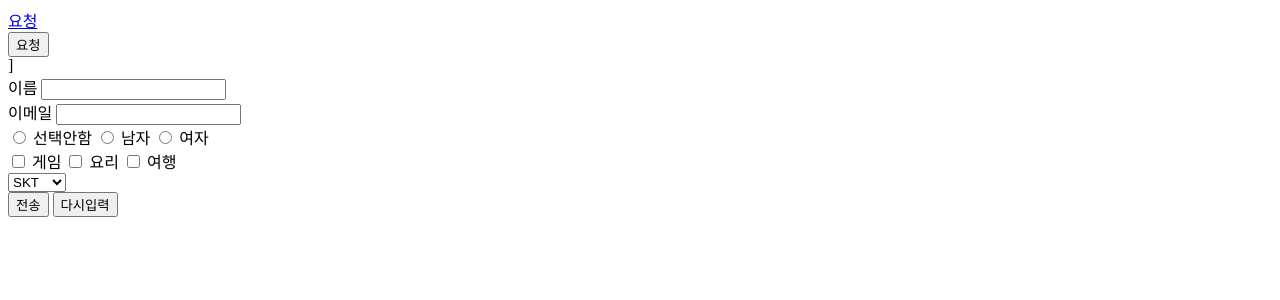
Repository: Audrey-1120/jspstudy
Page: 01_servlet/src/main/webapp/pkg02_request/NewFile.html
The author's editor kept a copy of each file at every save. The page is drawn from the files as they stood at one save, then again after the next save.
The browser window is 1280 px wide. The pictures show the whole page.

Above is the page before, as saved 2024-02-28 01:49:14.

### 01_servlet/src/main/webapp/pkg02_request/NewFile.html
<!DOCTYPE html>
<html>
<head>
<meta charset="UTF-8">
<title>Insert title here</title>
<script src="https://code.jquery.com/jquery-3.7.1.min.js" integrity="sha256-/JqT3SQfawRcv/BIHPThkBvs0OEvtFFmqPF/lYI/Cxo=" crossorigin="anonymous"></script>
</head>
<body>

  <!-- <a> 태그 요청 -->
  <div>
    <a id="link" data-number="10" data-number2="1.5">요청</a>
  </div>

  <script>
    var link = document.getElementById('link');
    link.href = '/servlet/request?number=' + link.dataset.number + '&number2=' + link.dataset.number2 ;
  </script>

  <!-- JavaScript : location 객체 요청 -->
  <div data-number="10">
    <button type="button" id="btn" data-number2="1.5">요청</button>
  </div>
  <script>

    // jQuery 이용하기
    let btn = $('#btn');
    btn.on('click', (evt) => {
      let number = $(evt.target).parent().data('number');
      let number2 = $(evt.target).data('number2');
      location.href = `/servlet/request?number=${number}&number2=${number2}`;
    })

  </script>

  <!-- <form> 태그 요청 -->]
  <form id="frm"
        method="post"
        action="/servlet/request">
    <div class="inp-wrap">
      <label for="name">이름</label>
      <input type="text" name="name" id="name">
      <!-- 여기서 파라미터 이름은 name 속성에 적혀있는 것. -->
      <!-- id는 프론트에서, name은 백에서 사용하려는 식별자임. -->
    <div>
    <div class="inp-wrap">
      <label for="email">이메일</label>
      <input type="email" name="email" id="email">
    </div>
    <div class="inp-wrap">
      <input type="radio" name="gender" id="no">
      <label for="none">선택안함</label>
      <input type="radio" name="gender" id="man">
      <label for="man">남자</label>
      <input type="radio" name="gender" id="woman">
      <label for="woman">여자</label>
    </div>
    <div class="inp-wrap">
      <input type="checkbox" name="hobbies" id="game">
      <label for="game">게임</label>
      <input type="checkbox" name="hobbies" id="cook">
      <label for="cook">요리</label>
      <input type="checkbox" name="hobbies" id="travel">
      <label for="travel">여행</label>
    </div>
    <div class="inp-wrap">
      <select name="mobile">
        <option>SKT</option>
        <option>KT</option>
        <option>LGU+</option>
      </select>
    </div>
    <div class="btn-wrap">
      <button type="submit">전송</button>
      <button type="reset">다시입력</button>
    </div>
  </form>


</body>
</html>

After the next save:
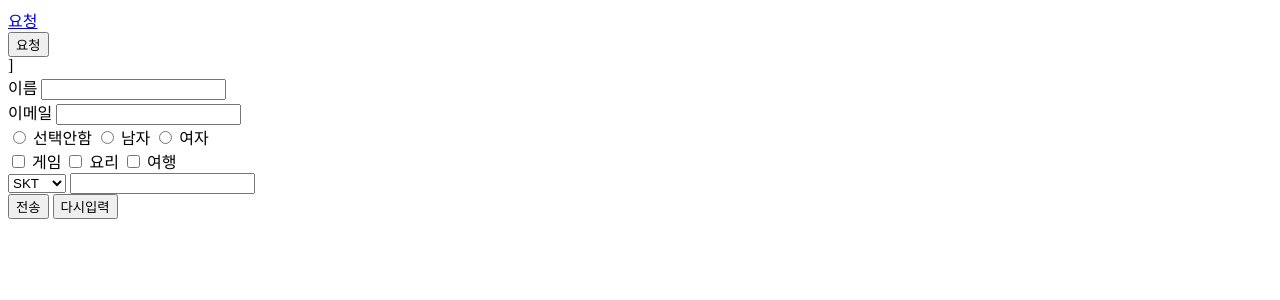
Saved 8 s later.
--- a/01_servlet/src/main/webapp/pkg02_request/NewFile.html
+++ b/01_servlet/src/main/webapp/pkg02_request/NewFile.html
@@ -69,6 +69,7 @@
         <option>KT</option>
         <option>LGU+</option>
       </select>
+      <input type="text" name="mobile">
     </div>
     <div class="btn-wrap">
       <button type="submit">전송</button>
